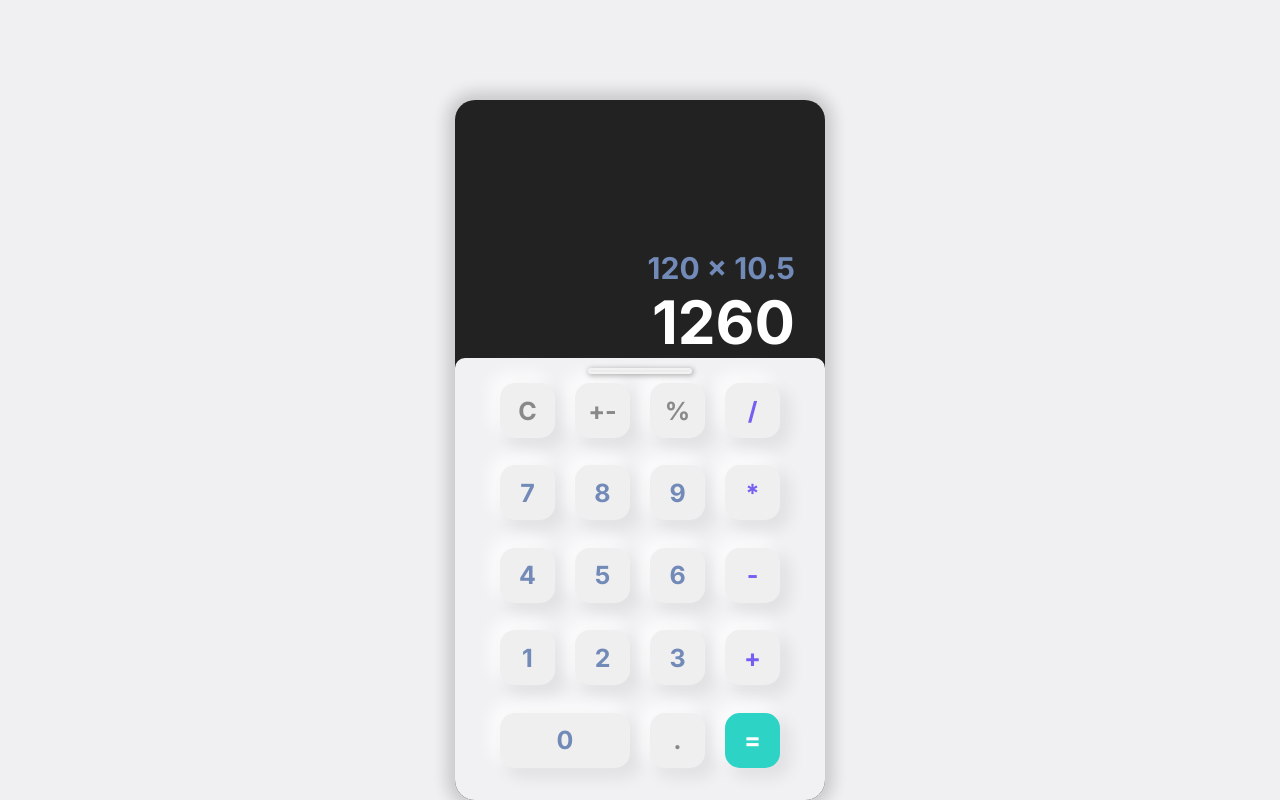
Repository: BrunoBross/calculator
Page: index.html
The author's editor kept a copy of each file at every save. The page is drawn from the files as they stood at one save, then again after the next save.
The browser window is 1280 px wide. The pictures show the whole page.

Above is the page before, as saved 2021-12-01 00:19:16.

After the next save:
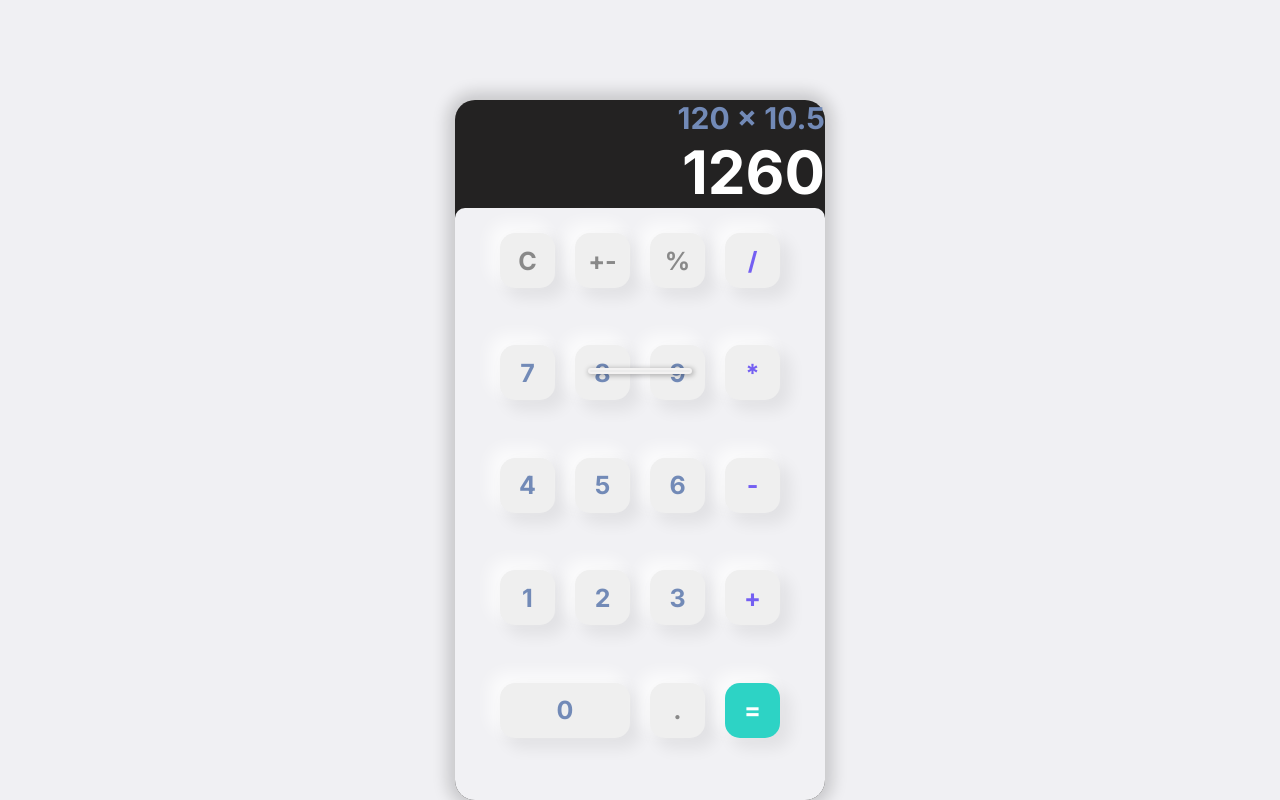
Saved 22 s later.
--- a/style.css
+++ b/style.css
@@ -30,8 +30,6 @@ main{
   flex-direction: column;
   align-items: flex-end;
   height: 120px;
-  margin-top: 150px;
-  margin-right: 30px;
 }
 
 .view > span{
